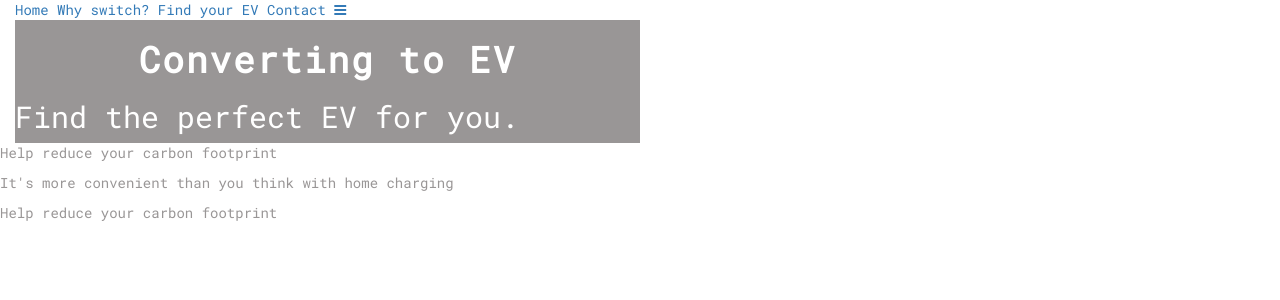
Repository: gnisco/project-2
Page: index.html
The author's editor kept a record of every edit. The page is drawn from the files as they stood at one moment, then again after the next edit.
The browser window is 1280 px wide. The pictures show the whole page.
Some web libraries are served in a nearby version.

Above is the page before.

After the next edit:
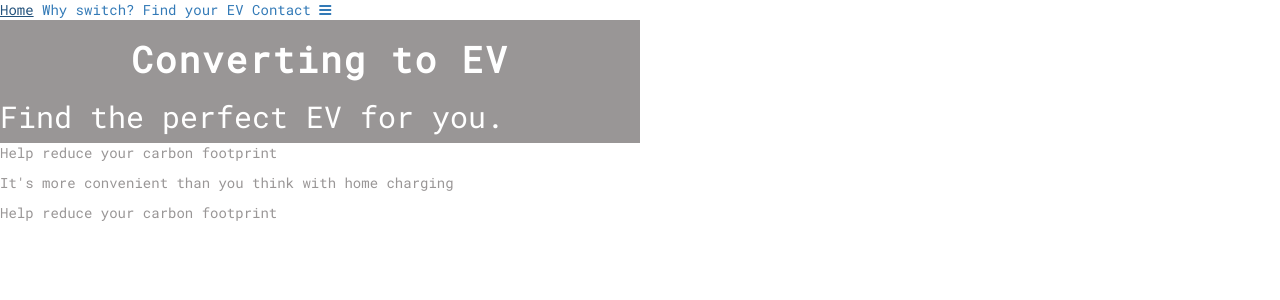
The edit:
--- a/index.html
+++ b/index.html
@@ -11,7 +11,7 @@
 </head>
 <body>
     <header class="container-fluid">
-        <div class="row-no-gutters">
+        <div class="row">
             <div class="topnav" id="myTopnav">
                 <a href="index.html" class="active">Home</a>
                 <a href="why-switch.html">Why switch?</a>
